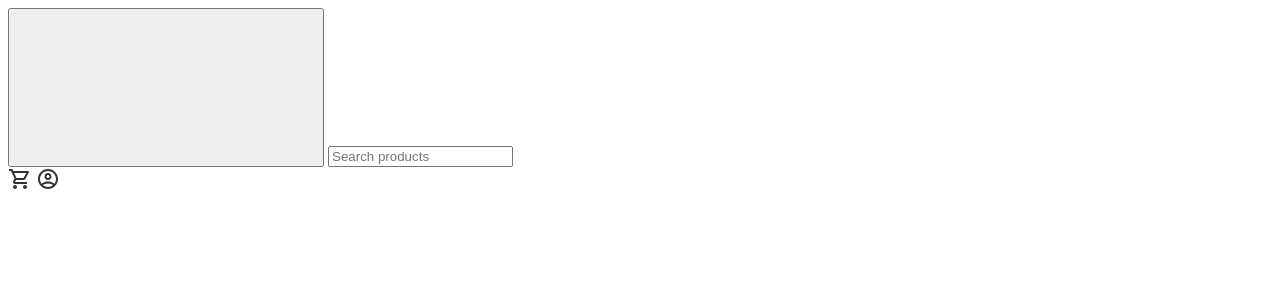
Repository: Kirillishko/homeworks
Page: src/index.html
An editor plug-in stored every save of this project. The page is shown before and after the next save, followed by the edit.
The browser window is 1280 px wide. The pictures show the whole page.

Above is the page before, as saved 2023-12-29 23:13:45.

After the next save:
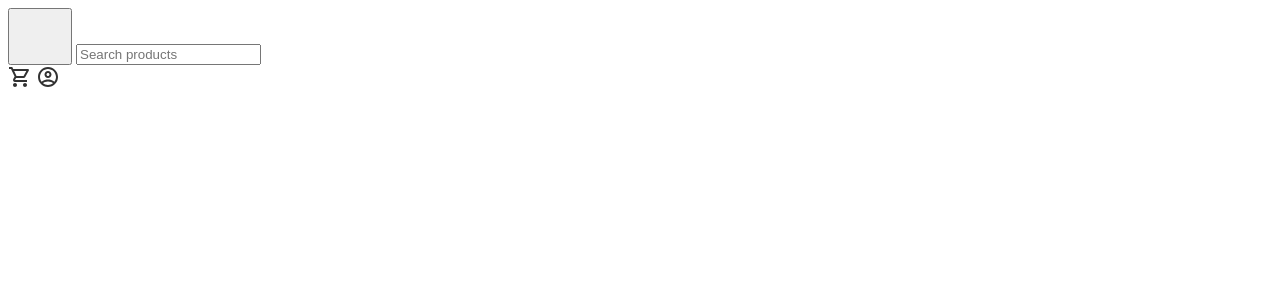
Saved 19 s later.
--- a/src/index.html
+++ b/src/index.html
@@ -9,7 +9,7 @@
 		<header class="header">
 			<div class="search-form">
 				<button>
-					<svg><use href="/public/icons/search.svg"></use></svg>
+					<svg width="48px" height="48px"><use href="/public/icons/search.svg"></use></svg>
 				</button>
 				<input type="search" placeholder="Search products" />
 			</div>
